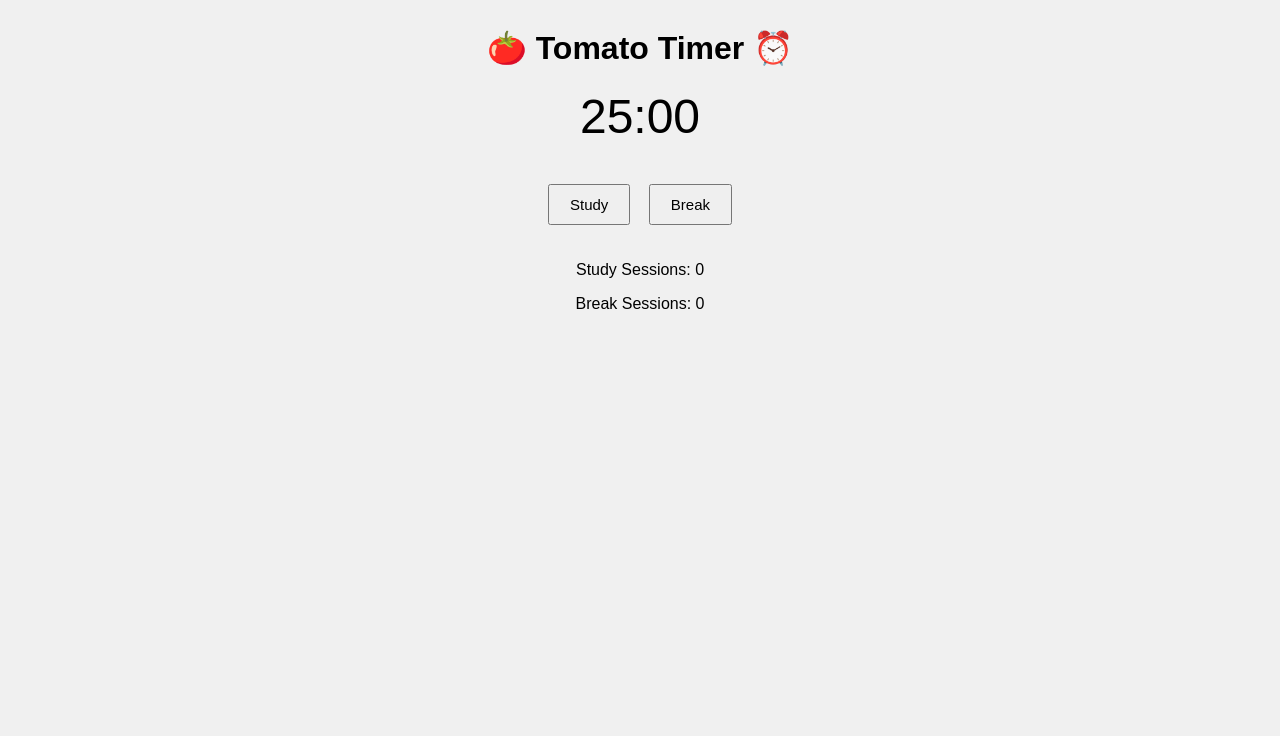
Repository: valentinaarojas/tomato-timer
Page: index.html
These files come from the project's save history. The page is drawn as it stood at one moment and after the next save; the edit follows.
The browser window is 1280 px wide. The pictures show the whole page.
After loading, the first visible `#study-btn` was clicked once.

Above is the page before, as saved 2025-02-06 21:17:53.
Console error: ReferenceError: stud is not defined

After the next save:
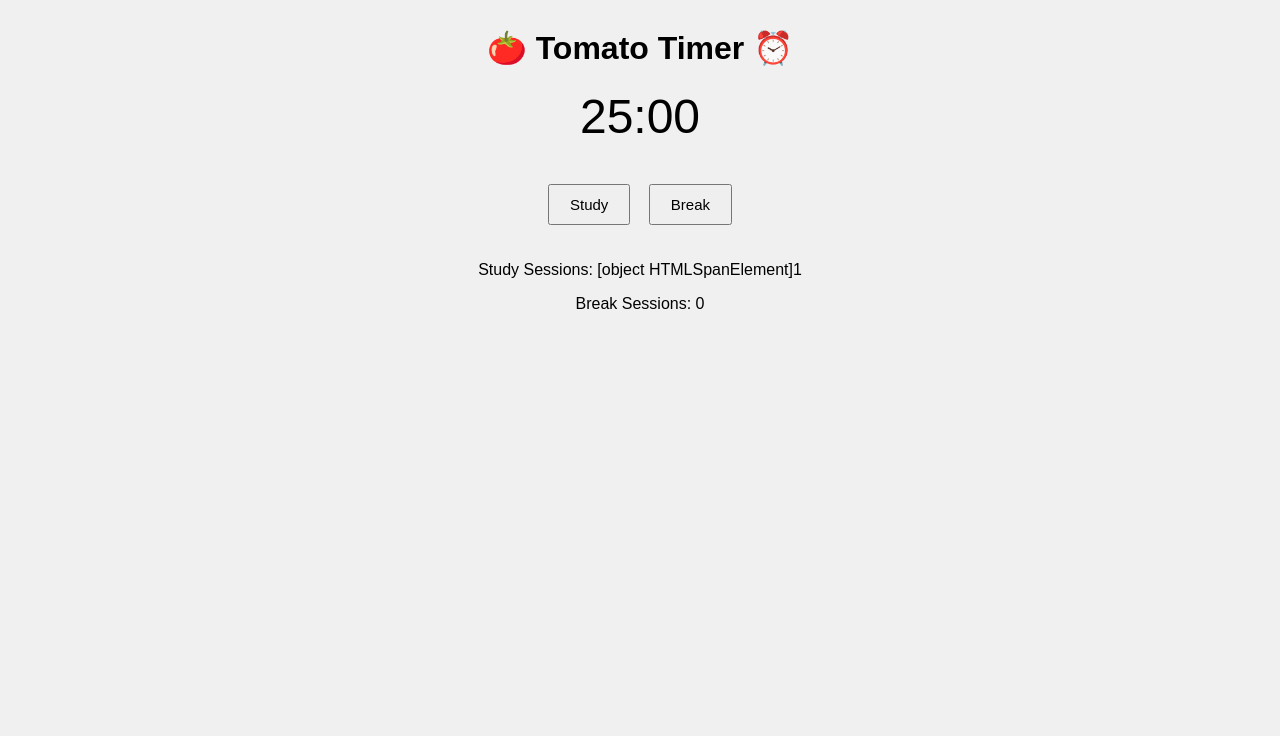
The error is gone.
Saved 6 s later.
--- a/script.js
+++ b/script.js
@@ -4,7 +4,7 @@
     const studycount = document.querySelector('#study-count');
 
     studybtn.addEventListener('click', function() {
-        studycount.textContent = stud;
+        studycount.textContent = studycount + 1;
     });
 
     breakbtn.addEventListener('click', function() {
